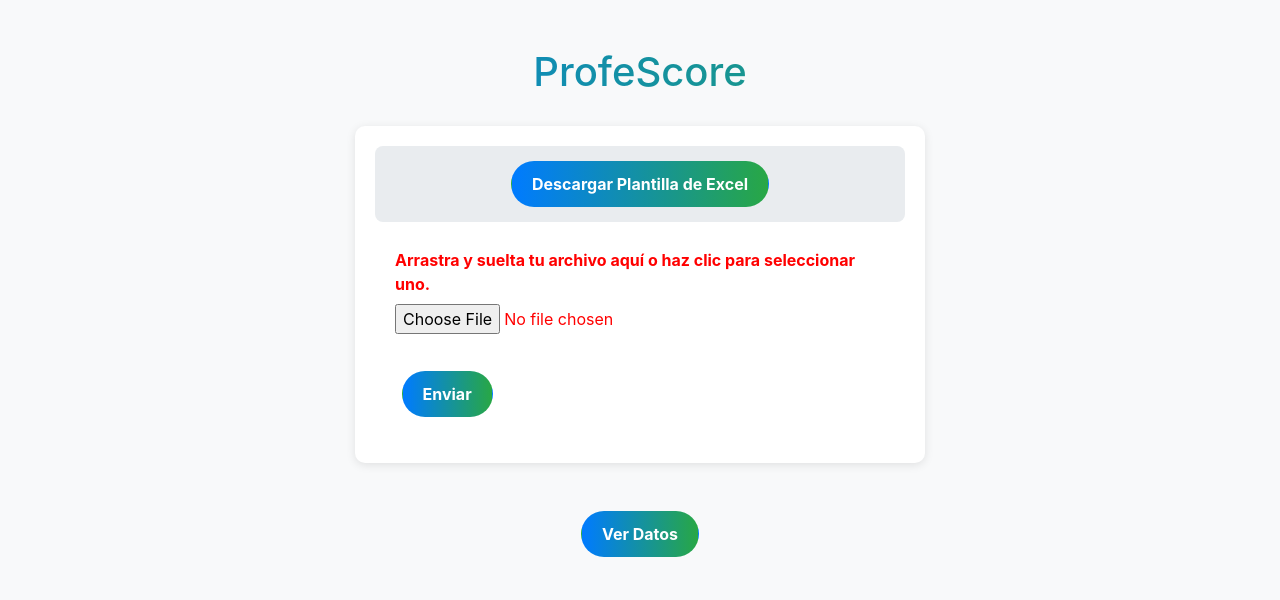
Repository: Sasonyera/ProfeScore
Page: http://localhost/index
An editor plug-in stored every save of this project. The page is shown before and after the next save, followed by the edit.
The browser window is 1280 px wide. The pictures show the whole page.
The page is this project's Thymeleaf template; nobody is signed in. The template is opened directly, without the code that normally fills it, so the values that code supplies are empty.

Above is the page before, as saved 2024-10-18 21:32:28.

### profescore/src/main/resources/templates/index.html
<!DOCTYPE html>
<html lang="es">
<head>
	<link rel="icon" href="/favi1.png" type="image/png">
    <meta charset="UTF-8">
    <title>ProfeScore</title>
    <!-- Bootstrap CSS -->
    <link rel="stylesheet" href="https://maxcdn.bootstrapcdn.com/bootstrap/4.0.0/css/bootstrap.min.css">

	<link rel="stylesheet" href="/styles.css">

</head>

<body>
    <div class="container mt-5 mb-5">
        <h1 class="text-center title">ProfeScore</h1>
        <div class="row justify-content-center">
            <div class="col-md-6 form-container">
                <div class="button-group text-center mb-3">
                    <button id="downloadTemplate" class="btn btn-custom">Descargar Plantilla de Excel</button>
                </div>
                <form id="uploadForm">
                    <div class="form-group file-upload" id="fileDropArea">
                        <label for="excelFile">Arrastra y suelta tu archivo aquí o haz clic para seleccionar uno.</label>
                        <input type="file" id="excelFile" name="file" accept=".xlsx, .xls" onchange="updateFileName()">
                        <div id="fileName" class="file-name"></div>
                    </div>
                    <button type="submit" class="btn btn-custom" id="btnEnviar">Enviar</button>
                </form>
            </div>
        </div>
    </div>

    <!-- Modal para mostrar mensajes -->
    <div class="modal fade" id="responseModal" tabindex="-1" role="dialog" aria-labelledby="responseModalLabel" aria-hidden="true">
      <div class="modal-dialog" role="document">
        <div class="modal-content">
          <div class="modal-header">
            <h4 class="modal-title" id="responseModalLabel"></h4>
            <button type="button" class="close" data-dismiss="modal" aria-label="Cerrar">
              <span aria-hidden="true">&times;</span>
            </button>
          </div>
          <div class="modal-body" id="responseMessage"></div>
          <div class="modal-footer">
            <button type="button" class="btn btn-secondary" data-dismiss="modal">Cerrar</button>
          </div>
        </div>
      </div>
    </div>
	<div class="container mt-5 mb-5">
	        <!-- ... -->
			<div class="text-center mt-4">
			    <a href="/ver-datos" class="btn btn-custom">Ver Datos</a>
			</div>

	    </div>

    <!-- Scripts necesarios -->
    <!-- Versión completa de jQuery -->
    <script src="https://code.jquery.com/jquery-3.6.0.min.js"></script>
    <!-- Popper.js y Bootstrap JS -->
    <script src="https://cdnjs.cloudflare.com/ajax/libs/popper.js/1.14.7/umd/popper.min.js"></script>
    <script src="https://maxcdn.bootstrapcdn.com/bootstrap/4.0.0/js/bootstrap.min.js"></script>
    <!-- Tu archivo script.js -->
    <script src="script.js"></script>
</body>
</html>

### profescore/src/main/resources/static/styles.css
body {
    background-color: #f8f9fa;
}

.form-container {
    background-color: #ffffff;
    padding: 20px;
    border-radius: 10px;
    box-shadow: 0 2px 10px rgba(0, 0, 0, 0.1);
}

.button-group {
    background-color: #e9ecef;
    padding: 15px;
    border-radius: 8px;
    margin-bottom: 20px;
    text-align: center;
}

.btn-custom {
    background: linear-gradient(90deg, #007bff, #28a745);
    color: white;
    font-weight: bold;
    border-radius: 30px;
    padding: 10px 20px;
    transition: background 0.3s;
    margin: auto;
    display: block;
    width: fit-content;
}
#btnEnviar{

	margin:5%;
}

.btn-custom:hover {
    background: linear-gradient(90deg, #0056b3, #218838);
}
#fileDropArea{
	background: transparent;
	   color: rgb(255, 0, 0);
	   font-weight: bold;
	   border-radius: 20px;
	   padding: 10px 20px;
	   transition: background 0.3s;
	   margin: 0 auto;
	   display: block;
	   width: fit-content;
}

.title {
    font-size: 2.5rem;
    background: linear-gradient(90deg, #007bff, #28a745);
    -webkit-background-clip: text;
    -webkit-text-fill-color: transparent;
    margin-bottom: 30px;
}

.custom-table {
    background-color: #ffffff;
    border-radius: 10px;
    overflow: hidden;
    box-shadow: 0 2px 10px rgba(0, 0, 0, 0.1);
}

.custom-table th {
    background: linear-gradient(90deg, #007bff, #28a745);
    color: white;
    text-align: center;
}

.custom-table td {
    text-align: center;
}

.custom-table tr:nth-child(even) {
    background-color: #f2f2f2;
}

.custom-table tr:hover {
    background-color: #e9ecef;
}

### profescore/src/main/resources/static/script.js
// Manejar el clic en el botón de descarga de la plantilla
document.getElementById('downloadTemplate').addEventListener('click', function() {
    window.location.href = '/download-template';
});

// Mostrar el nombre del archivo seleccionado
function updateFileName() {
    const input = document.getElementById('excelFile');
    const fileNameDisplay = document.getElementById('fileName');
    const fileName = input.files.length > 0 ? input.files[0].name : '';
    fileNameDisplay.textContent = fileName ? `Archivo seleccionado: ${fileName}` : '';
}

// Lógica de arrastrar y soltar archivos
const dropArea = document.getElementById('fileDropArea');

dropArea.addEventListener('dragover', (e) => {
    e.preventDefault();
    dropArea.classList.add('dragging');
});

dropArea.addEventListener('dragleave', () => {
    dropArea.classList.remove('dragging');
});

dropArea.addEventListener('drop', (e) => {
    e.preventDefault();
    dropArea.classList.remove('dragging');

    const input = document.getElementById('excelFile');
    const file = e.dataTransfer.files[0];

    if (file && (file.name.endsWith(".xls") || file.name.endsWith(".xlsx"))) {
        input.files = e.dataTransfer.files;
        updateFileName();
    } else {
        alert('Por favor, sube un archivo Excel válido (.xls o .xlsx).');
    }
});

// Permitir hacer clic en el área de carga para abrir el diálogo de selección de archivos
dropArea.addEventListener('click', () => {
    document.getElementById('excelFile').click();
});

// Envío del formulario usando fetch
document.getElementById('uploadForm').addEventListener('submit', function(e) {
    e.preventDefault();

    const inputFile = document.getElementById('excelFile');

    if (inputFile.files.length === 0) {
        showModal('Fallo el Envío', 'Por favor, selecciona un archivo.');
        return;
    }

    const formData = new FormData();
    formData.append('file', inputFile.files[0]);

    fetch('/upload-excel', {
        method: 'POST',
        body: formData
    })
    .then(response => response.text())
    .then(data => {
        if (data === 'success') {
            showModal('Envío Correcto', 'El archivo se ha enviado correctamente.');
			setTimeout(function() {
			    location.reload();
			}, 2000);
        } else {
            showModal('Fallo el Envío', data);
			setTimeout(function() {
			    location.reload();
			}, 2000);
        }
    })
    .catch(error => {
        console.error('Error:', error);
        showModal('Fallo el Envío', 'Ocurrió un error al enviar el archivo.');
		setTimeout(function() {
		    location.reload();
		}, 2000);
    });
});

// Función para mostrar el modal con mensajes
function showModal(title, message) {
    document.getElementById('responseModalLabel').innerText = title;
    document.getElementById('responseMessage').innerText = message;
    $('#responseModal').modal('show');
}

After the next save:
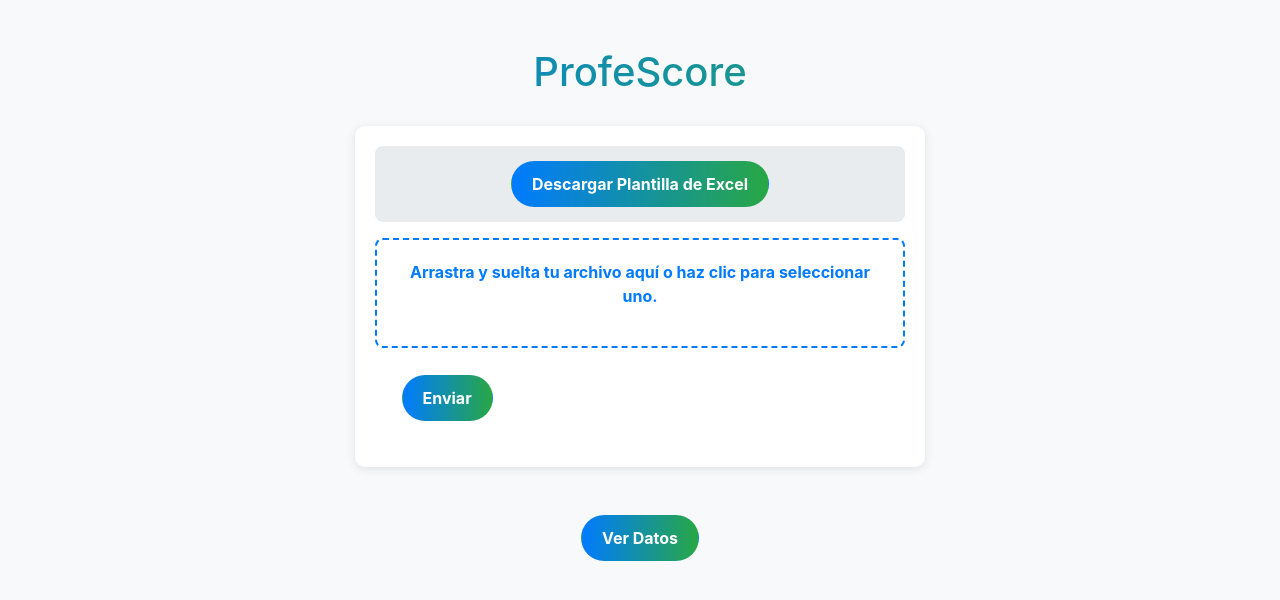
Saved 11 min 55 s later.
--- a/profescore/src/main/resources/static/styles.css
+++ b/profescore/src/main/resources/static/styles.css
@@ -36,17 +36,6 @@ body {
 .btn-custom:hover {
     background: linear-gradient(90deg, #0056b3, #218838);
 }
-#fileDropArea{
-	background: transparent;
-	   color: rgb(255, 0, 0);
-	   font-weight: bold;
-	   border-radius: 20px;
-	   padding: 10px 20px;
-	   transition: background 0.3s;
-	   margin: 0 auto;
-	   display: block;
-	   width: fit-content;
-}
 
 .title {
     font-size: 2.5rem;
@@ -80,3 +69,32 @@ body {
 .custom-table tr:hover {
     background-color: #e9ecef;
 }
+/* Estilos para el área de carga de archivos */
+.file-upload {
+    border: 2px dashed #007bff;
+    border-radius: 8px;
+    padding: 20px;
+    text-align: center;
+    margin-bottom: 20px;
+    cursor: pointer;
+}
+
+.file-upload.dragging {
+    border-color: #28a745;
+    background-color: #f8f9fa;
+}
+
+.file-upload label {
+    font-weight: bold;
+    color: #007bff;
+}
+
+.file-upload input {
+    display: none;
+}
+
+.file-name {
+    margin-top: 10px;
+    font-weight: bold;
+    color: #333;
+}
